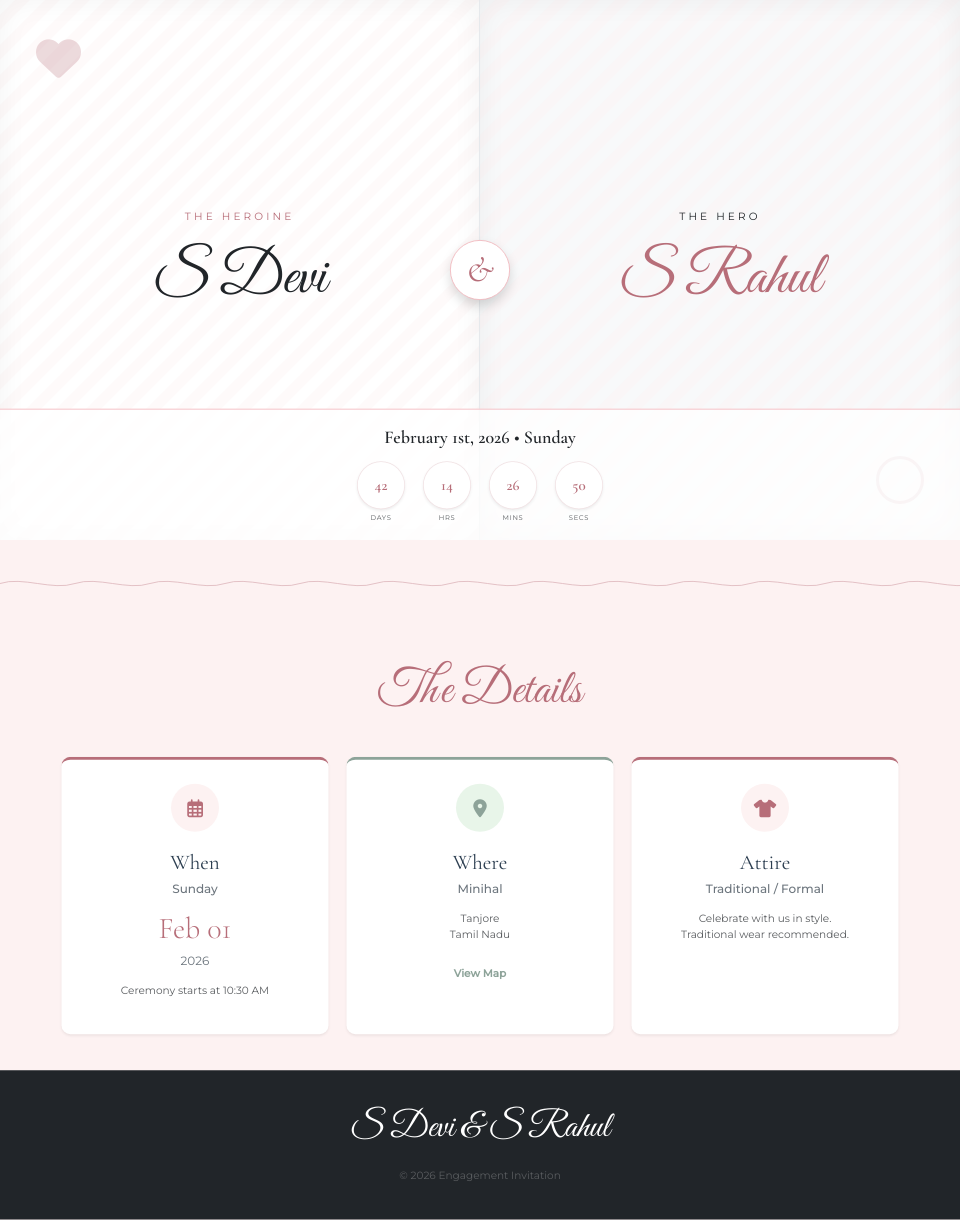
Repository: Eswar2585/Invitation
Page: index.html
An editor plug-in stored every save of this project. The page is shown before and after the next save, followed by the edit.
The browser window is 1280 px wide. The pictures show the whole page, at 75% of full size.

Above is the page before, as saved 2025-12-20 22:20:10.

After the next save:
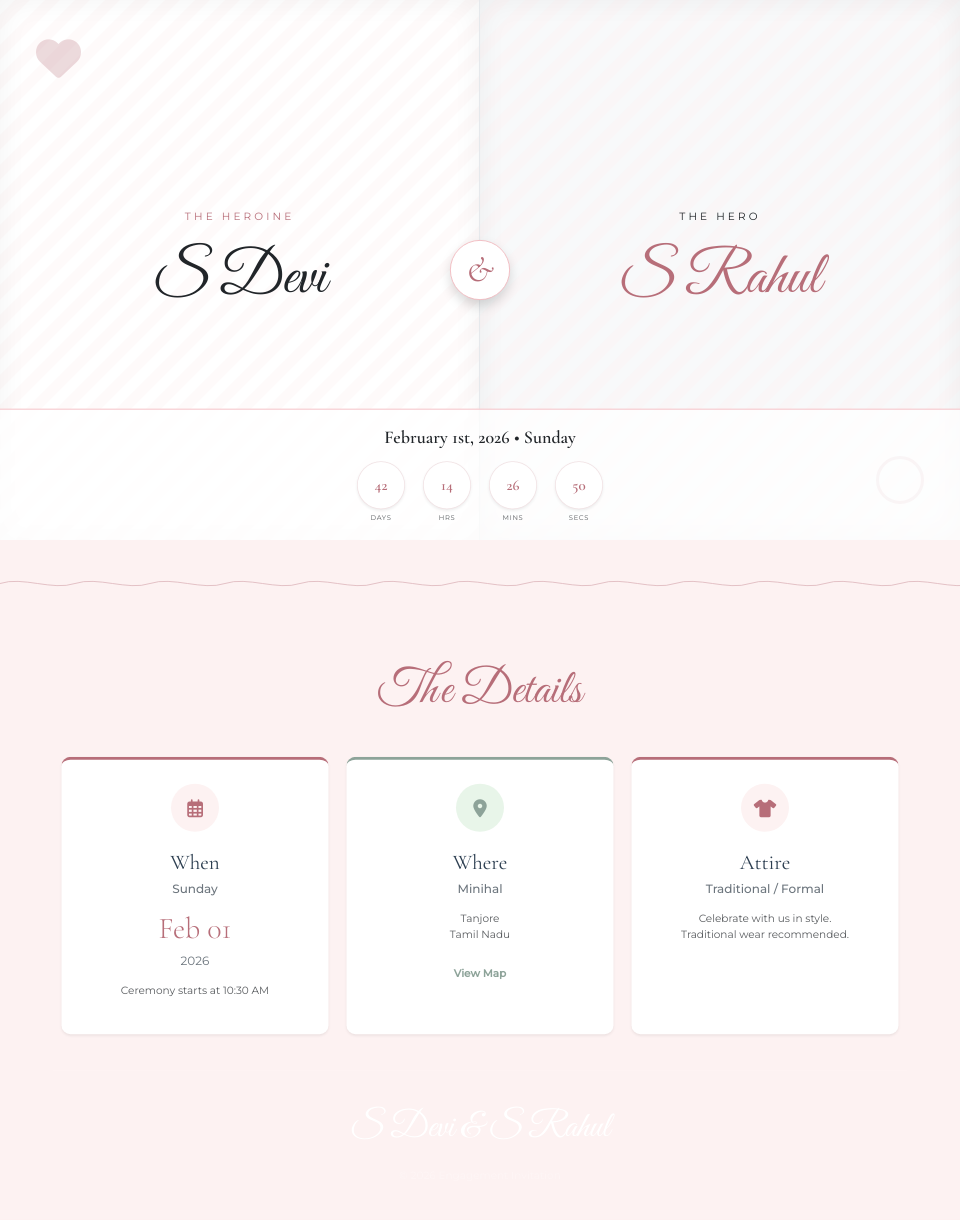
Saved 92 s later.
--- a/index.html
+++ b/index.html
@@ -157,7 +157,7 @@
         </section>
 
         <!-- Footer -->
-        <footer class="bg-dark text-white py-5 text-center">
+        <footer class="bg-gray text-white py-5 text-center">
             <h2 class="font-script display-5 mb-3">S Devi & S Rahul</h2>
 
             <div class="mt-4 small opacity-25">
